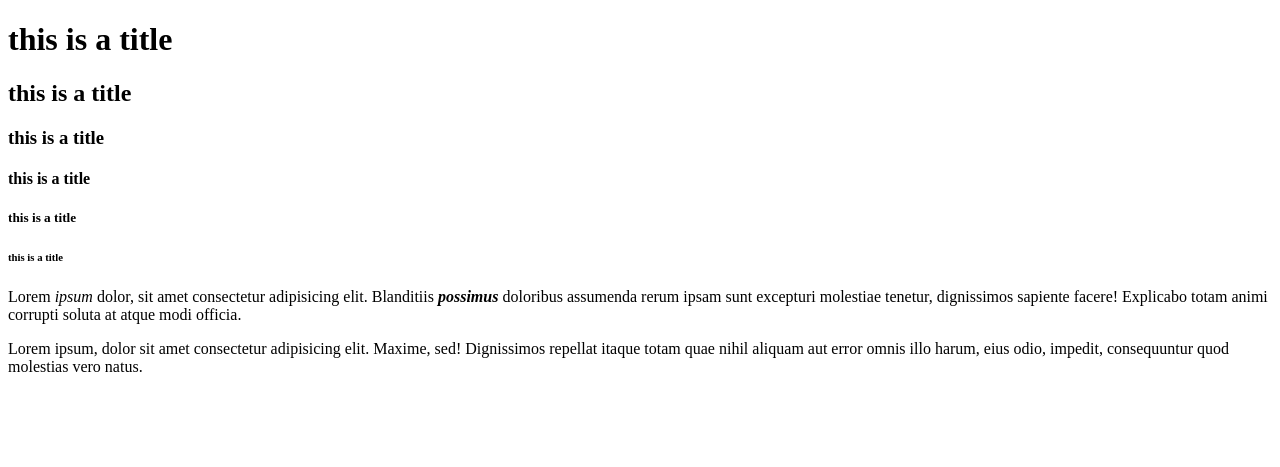
Repository: KelaiAffaf/luffy-courses
Page: index.html
The author's editor kept a copy of each file at every save. The page is drawn from the files as they stood at one save, then again after a run of saves.
The browser window is 1280 px wide. The pictures show the whole page.

Above is the page before, as saved 2024-01-03 14:41:11.

After the next 16 saves:
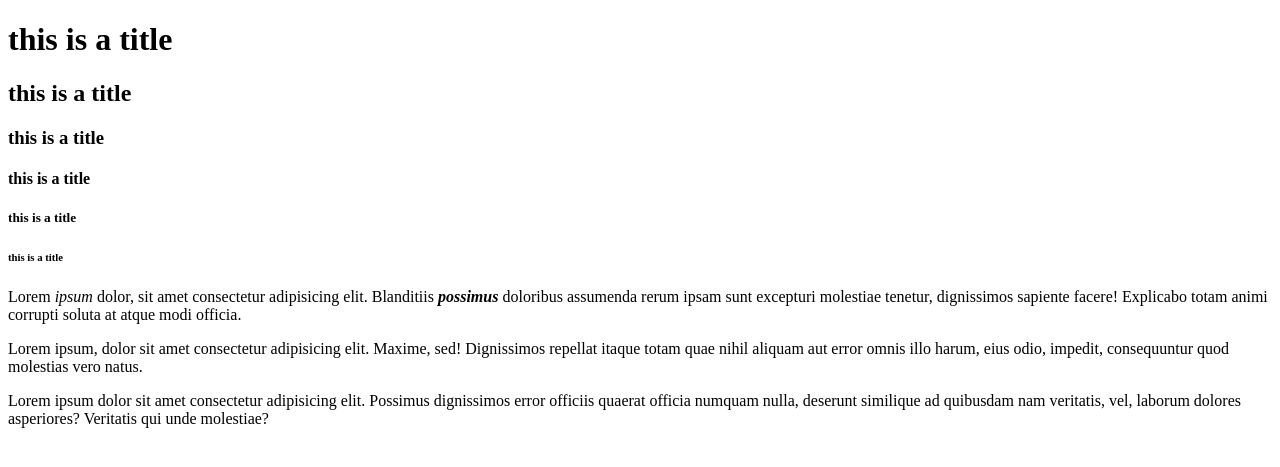
The 16 saves are shown as one change because they came seconds apart.
The last was saved 66 s later.
--- a/index.html
+++ b/index.html
@@ -30,6 +30,7 @@
 
         Lorem ipsum, dolor sit amet consectetur adipisicing elit. Maxime, sed! Dignissimos repellat itaque totam quae nihil aliquam aut error omnis illo harum, eius odio, impedit, consequuntur quod molestias vero natus.
 
-    <!--  -->
+    <!-- Paragraphs with br ==> saud de ligne -->
+    <p>Lorem ipsum dolor sit amet consectetur adipisicing elit. Possimus dignissimos error officiis quaerat officia numquam nulla, deserunt similique ad quibusdam nam veritatis, vel, laborum dolores asperiores? Veritatis qui unde molestiae?</p>
 </body>
 </html>
